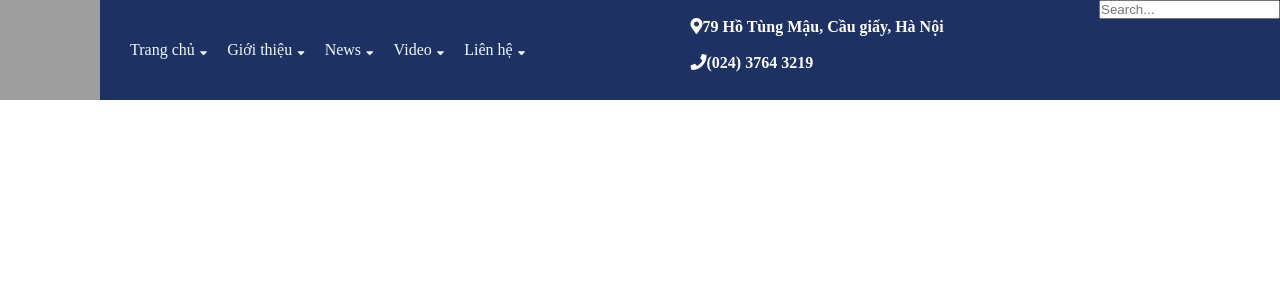
Repository: Luong-tung/newtopics
Page: index2.html
The author's editor kept a copy of each file at every save. The page is drawn from the files as they stood at one save, then again after the next save.
The browser window is 1280 px wide. The pictures show the whole page.
Pictures or frames that could not be fetched are drawn as grey boxes. Some web libraries are served in a nearby version.

Above is the page before, as saved 2021-10-07 18:18:26.

After the next save:
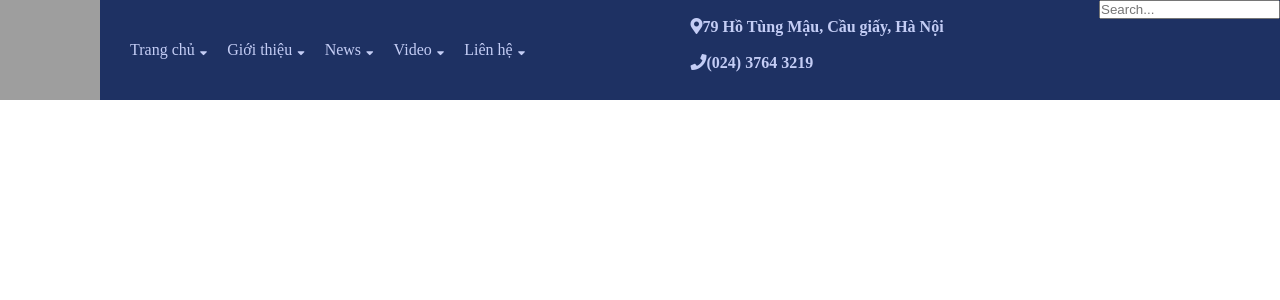
Saved 86 s later.
--- a/iu2.css
+++ b/iu2.css
@@ -21,7 +21,7 @@
     cursor: pointer;
 }
 .header .logo ul{
-    color: aliceblue;
+    color: #c4cdf5;
     margin-left: 20px;
     display: flex;
     align-items: center;
@@ -45,7 +45,7 @@
 }
 .header .address p{
     margin-top: 18px;
-    color: #fff;
+    color: #c4cdf5;
     font-weight: 600;
     cursor: pointer;
     padding: 0 5px;
